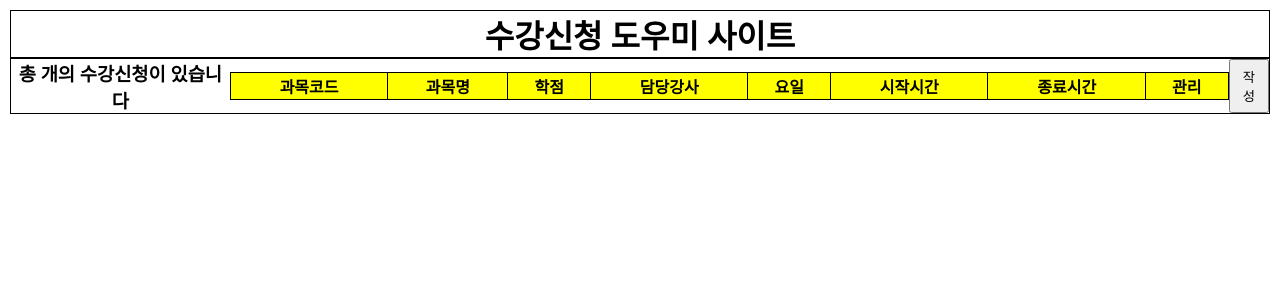
Repository: Tor1a/SpringSet
Page: http://localhost/practice02/WEB-INF/views/home.jsp
An editor plug-in stored every save of this project. The page is shown before and after the next save, followed by the edit.
The browser window is 1280 px wide. The pictures show the whole page.
The page is served by Tomcat 9. Nobody is signed in. Other server files are loaded and not shown. The template is opened directly, without the code that normally fills it, so the values that code supplies are empty.

Above is the page before, as saved 2022-04-14 08:46:35.

### practice02/src/main/webapp/WEB-INF/views/home.jsp
<%@ page language="java" contentType="text/html; charset=UTF-8"
	pageEncoding="UTF-8"%>
<%@ taglib prefix="c" uri="http://java.sun.com/jsp/jstl/core"%>
<%@ taglib prefix="fmt" uri="http://java.sun.com/jsp/jstl/fmt"%>




<!DOCTYPE html>
<html>
<head>
<meta charset="UTF-8">
<script src="../js/jquery-3.6.0.min.js"></script>
<link rel="stylesheet"
	href="${pageContext.request.contextPath}/resources/css/home.css">
<script
	src="${pageContext.request.contextPath}/resources/js/course/home.js"></script>

<title>수강신청 도우미 사이트</title>
</head>
<body>

	<div id="wrapper">

		<h1 class="title">수강신청 도우미 사이트</h1>

		<div id="content">
			<h3 class="total">총 ${total}개의 수강신청이 있습니다</h3>

		<table class="liTb">
			<thead>
				<th>과목코드</th>
				<th>과목명</th>
				<th>학점</th>
				<th>담당강사</th>
				<th>요일</th>
				<th>시작시간</th>
				<th>종료시간</th>
				<th>관리</th>
			</thead>

			<c:forEach var="vo" items="${list}">
				<tr>
					<td>${vo.crId}</td>
					<td>${vo.crName}</td>
					<td>${vo.credit}</td>
					<td>${vo.lec_name}</td>
					<td>${vo.crWeek}</td>
					<td><c:if test="${vo.start_hour < 1000}">
							0${vo.start_hour}
						</c:if> <c:if test="${vo.start_hour >= 1000}">
							${vo.start_hour}
						</c:if></td>
					<td>${vo.end_end}</td>
					<td><a href="updateCourseForm.do?crId=${vo.crId}">수정</a> /<a
						href="deleteCourse.do?crId=${vo.crId}">삭제</a></td>
				</tr>
			</c:forEach>
		</table>
		<button class="add" onclick="add()">작성</button>
		</div>
	</div>



</body>
</html>

### practice02/src/main/webapp/resources/css/home.css
@charset "UTF-8";

body, h1, h2, h3, h4, h5, p, ul, li, ol, dd, dt, dl { padding: 0; margin: 0; }

ul {list-style: none;}

a:hover{text-decoration: none;}

body{width: auto; hight: auto;}

#wrapper {   border: 1px solid balck; padding: 10px 10px 10px 10px; }

#content {display:flex; justify-content: center; border: 1px solid black;}

.liTb {margin: auto; border-collapse: collapse; border: 1px solid black; width: 80%;}

.title{display:flex;  flex-direction:row; justify-content:center;  text-align: center; border: 1px solid black;}
.total {text-align: center;}

th {text-align: center; border: 1px solid black; background-color: yellow;}
td {text-align: center; border: 1px solid black;}

### practice02/src/main/webapp/resources/js/course/home.js
var crId = document.getElementById('vo.crId');

function deleteBtn(crId){
	if(confirm("삭제 하시겠습니까?")){
		var form = document.getElementById('delCourse');
		form.action = 'deleteCourseForm.do?crId='+crId;
		form.method = "GET";
		form.submit();

		return true;
	}else{

		return false;
	}
}


function add(){
	location.href = "courseAddForm.do";
}

Loaded but not shown: practice02/src/main/webapp/resources/js/jquery-3.6.0.min.js (library)

After the next save:
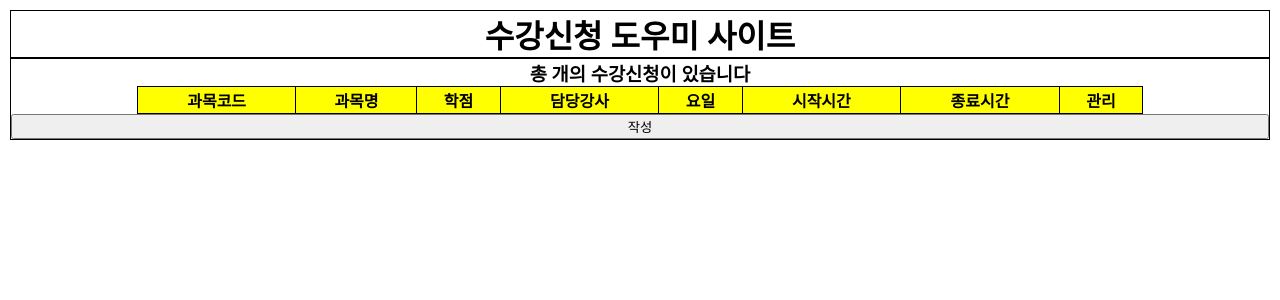
Saved 67 s later.
--- a/practice02/src/main/webapp/resources/css/home.css
+++ b/practice02/src/main/webapp/resources/css/home.css
@@ -10,7 +10,7 @@ body{width: auto; hight: auto;}
 
 #wrapper {   border: 1px solid balck; padding: 10px 10px 10px 10px; }
 
-#content {display:flex; justify-content: center; border: 1px solid black;}
+#content {display:flex; flex-direction: column; justify-content: center; border: 1px solid black;}
 
 .liTb {margin: auto; border-collapse: collapse; border: 1px solid black; width: 80%;}
 
